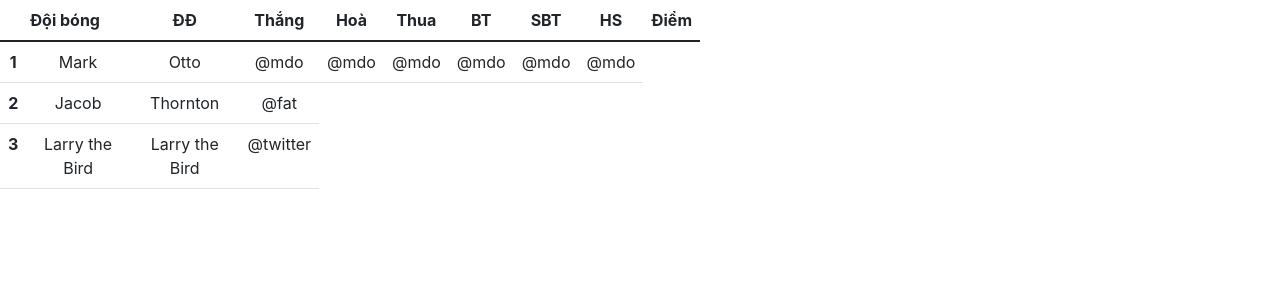
Repository: tuan842001/thulam
Page: /
An editor plug-in stored every save of this project. The page is shown before and after the next save, followed by the edit.
The browser window is 1280 px wide. The pictures show the whole page.
The project was rebuilt for these pictures with package versions that can differ from the ones it lists, and the page was loaded fresh each time.

Above is the page before, as saved 2022-01-11 14:43:34.

### public/index.html
<!DOCTYPE html>
<html lang="en">
  <head>
    <meta charset="utf-8" />
    <link rel="icon" href="%PUBLIC_URL%/favicon.ico" />
    <meta name="viewport" content="width=device-width, initial-scale=1" />
    <meta name="theme-color" content="#000000" />
    <meta
      name="description"
      content="Web site created using create-react-app"
    />

    <link href="https://cdn.jsdelivr.net/npm/bootstrap@5.1.3/dist/css/bootstrap.min.css" rel="stylesheet" integrity="sha384-1BmE4kWBq78iYhFldvKuhfTAU6auU8tT94WrHftjDbrCEXSU1oBoqyl2QvZ6jIW3" crossorigin="anonymous">
<script src="https://cdn.jsdelivr.net/npm/bootstrap@5.1.3/dist/js/bootstrap.bundle.min.js" integrity="sha384-ka7Sk0Gln4gmtz2MlQnikT1wXgYsOg+OMhuP+IlRH9sENBO0LRn5q+8nbTov4+1p" crossorigin="anonymous"></script>
    <title>React App</title>
  </head>
  <body>
    <noscript>You need to enable JavaScript to run this app.</noscript>
    <div id="root"></div>

  </body>
</html>

### src/App.js
import "./App.css";

function App() {
  return (
    <div className="App">
      <table class="table" style={{ width: "700px" }}>
        <thead>
          <tr>
            <th scope="col" colspan="2">
              Đội bóng
            </th>
            <th scope="col">ĐĐ</th>
            <th scope="col">Thắng</th>
            <th scope="col">Hoà</th>
            <th scope="col">Thua</th>
            <th scope="col">BT</th>
            <th scope="col">SBT</th>
            <th scope="col">HS</th>
            <th scope="col">Điểm</th>
          </tr>
        </thead>
        <tbody>
          <tr>
            <th scope="row">1</th>
            <td>Mark</td>
            <td>Otto</td>
            <td>@mdo</td>
            <td>@mdo</td>
            <td>@mdo</td>
            <td>@mdo</td>
            <td>@mdo</td>
            <td>@mdo</td>
          </tr>
          <tr>
            <th scope="row">2</th>
            <td>Jacob</td>
            <td>Thornton</td>
            <td>@fat</td>
          </tr>
          <tr>
            <th scope="row">3</th>
            <td>Larry the Bird</td>
            <td>Larry the Bird</td>
            <td>@twitter</td>
          </tr>
        </tbody>
      </table>
    </div>
  );
}

export default App;

Loaded but not shown: src/index.js (common file); src/index.css (common file); src/App.css (common file)

After the next save:
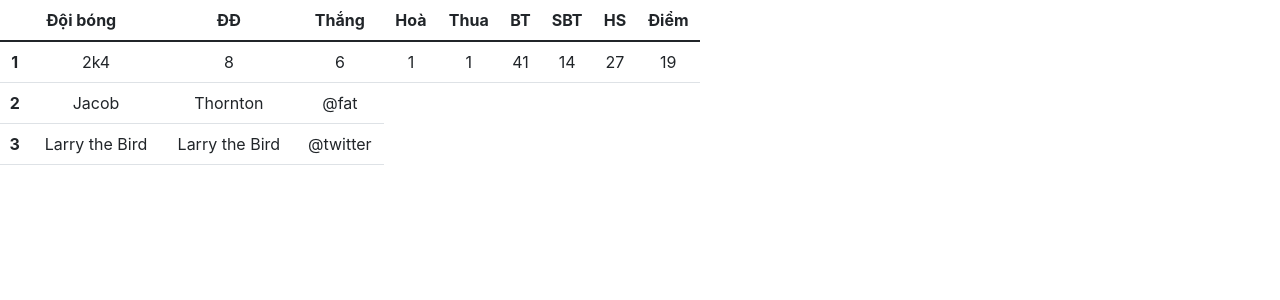
Saved 55 s later.
--- a/src/App.js
+++ b/src/App.js
@@ -22,14 +22,15 @@ function App() {
         <tbody>
           <tr>
             <th scope="row">1</th>
-            <td>Mark</td>
-            <td>Otto</td>
-            <td>@mdo</td>
-            <td>@mdo</td>
-            <td>@mdo</td>
-            <td>@mdo</td>
-            <td>@mdo</td>
-            <td>@mdo</td>
+            <td>2k4</td>
+            <td>8</td>
+            <td>6</td>
+            <td>1</td>
+            <td>1</td>
+            <td>41</td>
+            <td>14</td>
+            <td>27</td>
+            <td>19</td>
           </tr>
           <tr>
             <th scope="row">2</th>
